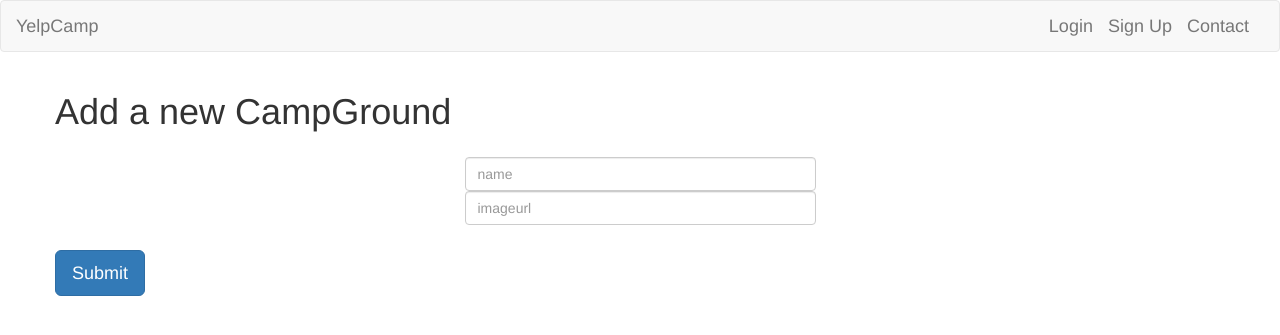
Repository: nittoorp/Web-Developement
Page: http://localhost/campground/new
The author's editor kept a record of every edit. The page is drawn from the files as they stood at one moment, then again after the next edit.
The browser window is 1280 px wide. The pictures show the whole page.
The page is served by the project's Node server (YelpCamp/v1/app.js).

Above is the page before.

After the next edit:
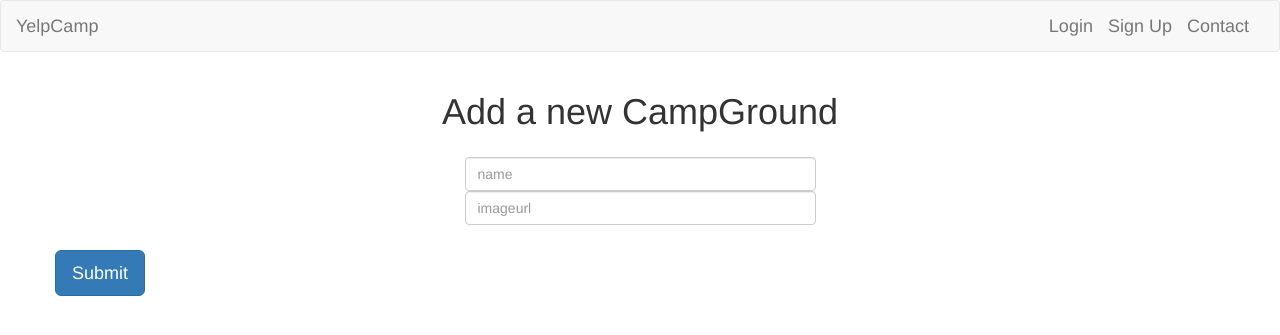
The edit:
--- a/YelpCamp/v1/views/new.ejs
+++ b/YelpCamp/v1/views/new.ejs
@@ -1,7 +1,7 @@
 <%- include("partials/header") %>
 <div class="container">
     <div class="row">
-        <h1> Add a new CampGround</h1>
+        <h1 style="text-align:center;"> Add a new CampGround</h1>
         <form action="/campground" method="post">
            <div style="width:30%; margin: 25px auto;">
                  <input class="form-control" type="text" name="name" placeholder="name"/>
